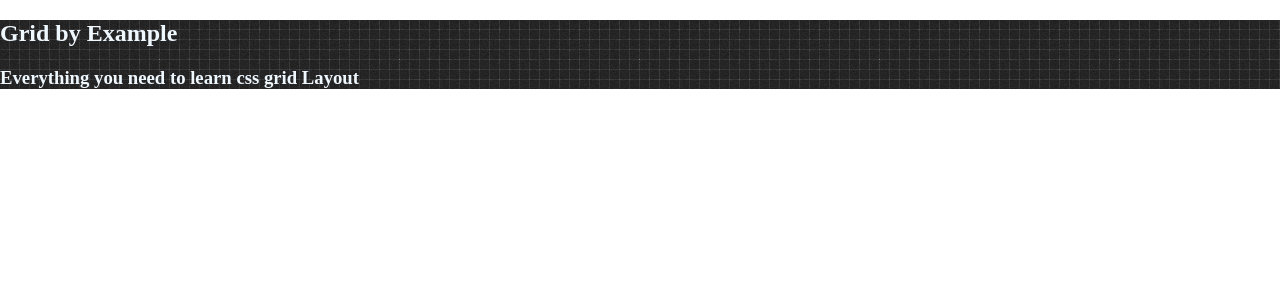
Repository: sitikhusushan/grid
Page: index.html
These files come from the project's save history. The page is drawn as it stood at one moment and after the next save; the edit follows.
The browser window is 1280 px wide. The pictures show the whole page.

Above is the page before, as saved 2020-05-12 11:01:33.

After the next save:
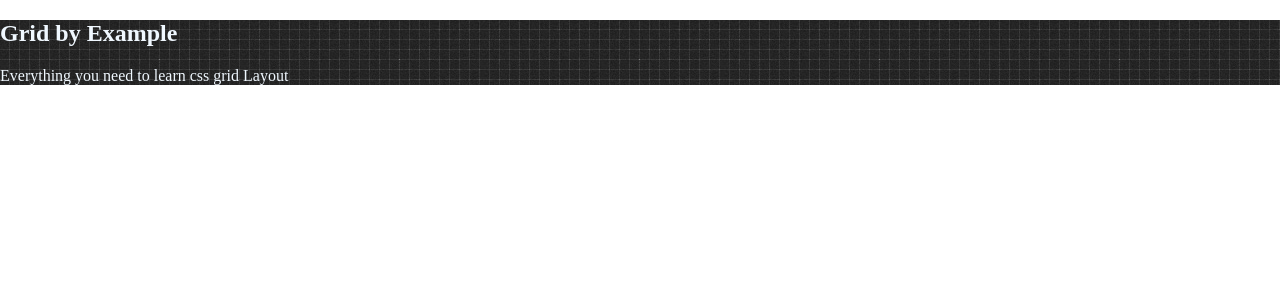
Saved 2 min 36 s later.
--- a/index.html
+++ b/index.html
@@ -10,7 +10,7 @@
     <div class="header">
       <div class="container">
         <h2>Grid by Example</h2>
-        <h3>Everything you need to learn css grid Layout</h3>
+        <p>Everything you need to learn css grid Layout</p>
       </div>
     </div>
   </body>
